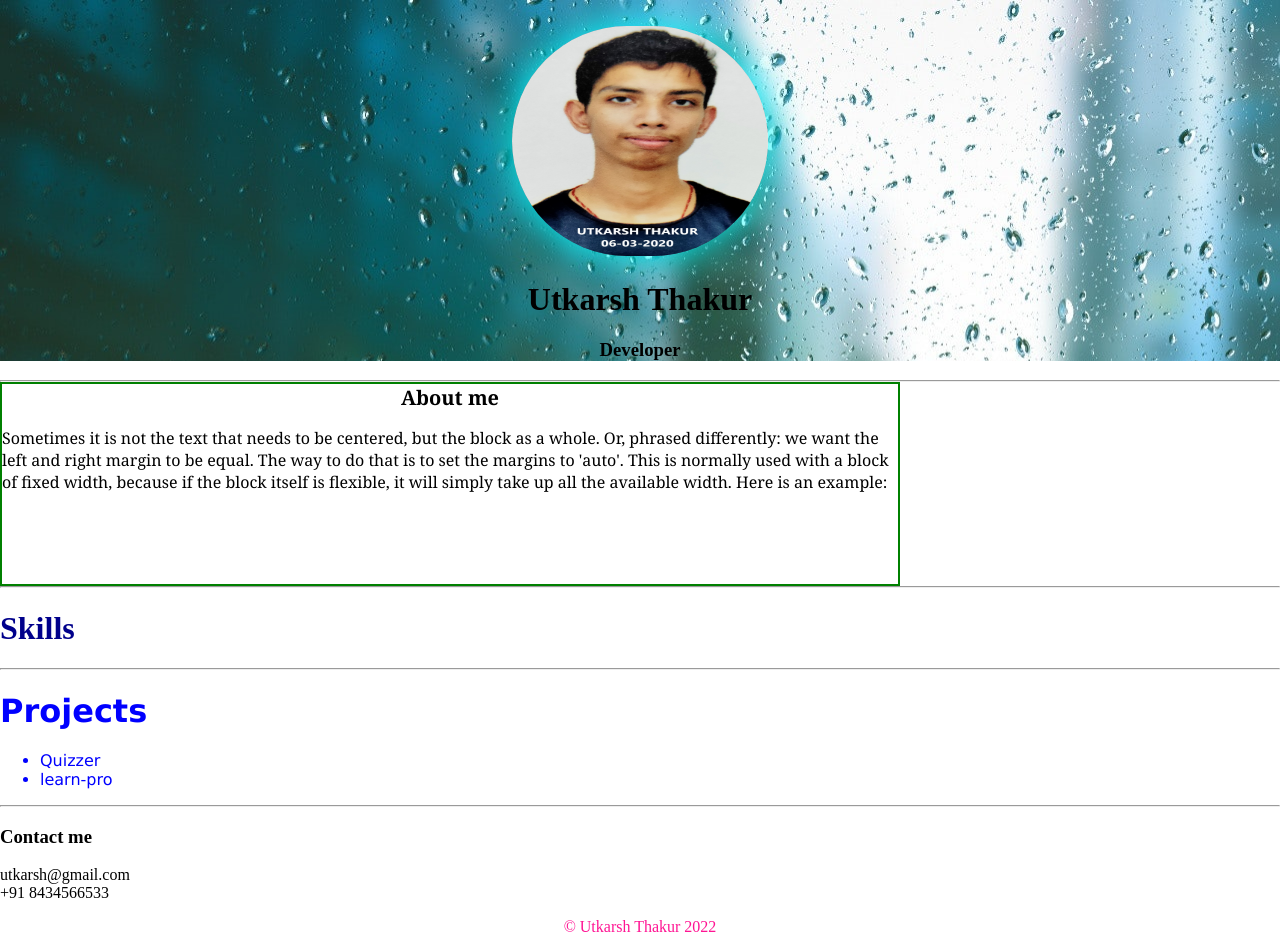
Repository: UtkarshThakur321/Utkarsh-Thakur-Profile
Page: index.html
The author's editor kept a copy of each file at every save. The page is drawn from the files as they stood at one save, then again after the next save.
The browser window is 1280 px wide. The pictures show the whole page.

Above is the page before, as saved 2022-01-22 23:29:21.
Not found: main.js

After the next save:
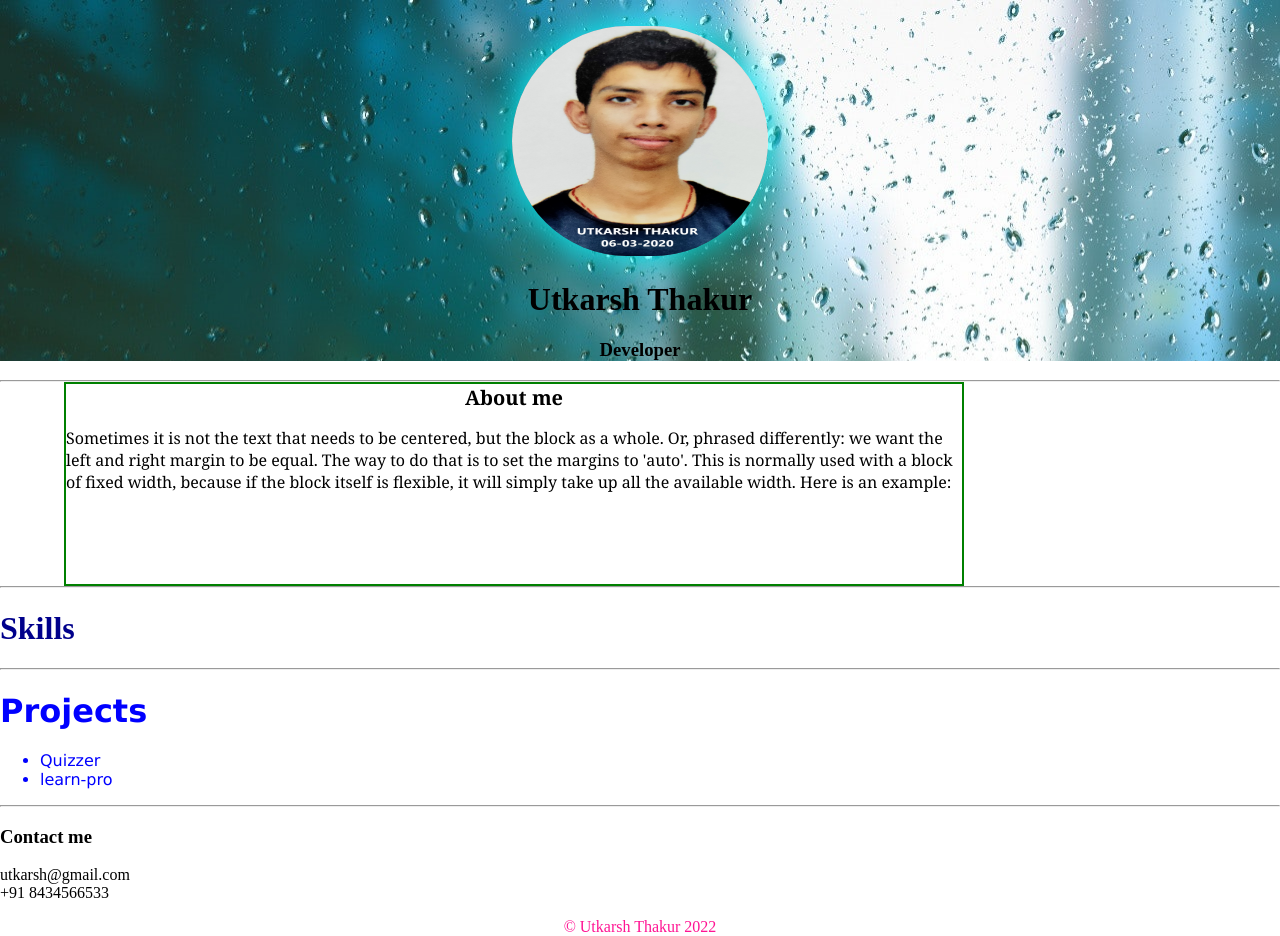
Saved 9 s later.
--- a/index.css
+++ b/index.css
@@ -24,7 +24,7 @@ body{
     width:70%;
     height:200px;
     border:2px solid green;
-    left:5%;
+    margin-left:5%;
 }
 
 
